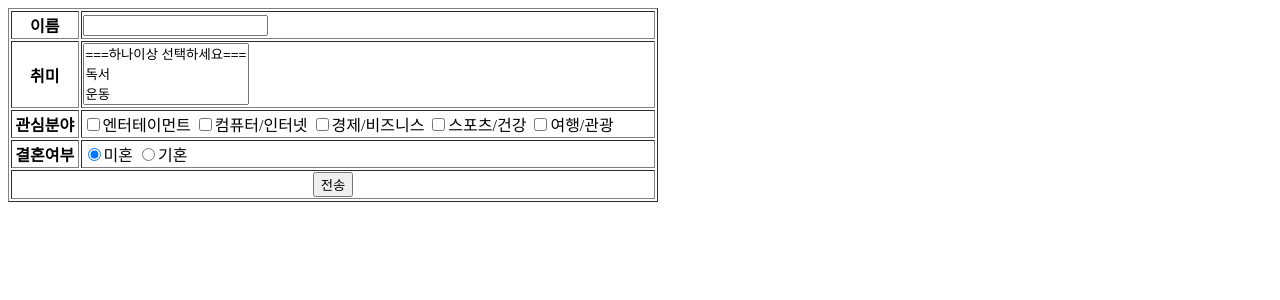
Repository: jeong3/Real_Time_Date
Page: http://localhost/jspRequest/getMethod1.jsp
The author's editor kept a copy of each file at every save. The page is drawn from the files as they stood at one save, then again after the next save.
The browser window is 1280 px wide. The pictures show the whole page.
The page is served by Tomcat 9.

Above is the page before, as saved 2024-08-30 06:23:24.

### eclipse/eclipse-workspace/jspRequest/src/main/webapp/getMethod1.jsp
<%@ page language="java" contentType="text/html; charset=UTF-8"
	pageEncoding="UTF-8"%>
<!DOCTYPE html>
<html>
<head>
<meta charset="UTF-8">
<title>Insert title here</title>
</head>
<body>
	<form action="requestValues.jsp" method="get">
		<table border="1" width="650px">
			<tr>
				<th>이름</th>
				<td><input type="text" name="userName" /></td>
			</tr>
			<tr>
				<th>취미</th>
				<td><select name="item" multiple="multiple" size="3">
						<option>===하나이상 선택하세요===</option>
						<option>독서</option>
						<option>운동</option>
						<option>음악</option>
						<option>바둑</option>

				</select></td>
			</tr>
			<tr>
				<th>관심분야</th>
				<td><input type="checkbox" name="cp" value="엔터테이먼트">엔터테이먼트
					<input type="checkbox" name="cp" value="컴퓨터/인터넷">컴퓨터/인터넷 <input
					type="checkbox" name="cp" value="경제/비즈니스">경제/비즈니스 <input
					type="checkbox" name="cp" value="스포츠/건강">스포츠/건강 <input
					type="checkbox" name="cp" value="여행/관광">여행/관광</td>
			</tr>
			<tr>
				<th>결혼여부</th>
				<td><input type="radio" name="M_Status" value="미혼" checked>미혼
					<input type="radio" name="M_Status" value="기혼">기혼</td>
			</tr>
			<tr>
				<th colspan="2"><input type="submit" value="전송"></th>
			</tr>
		</table>
	</form>
</body>
</html>

After the next save:
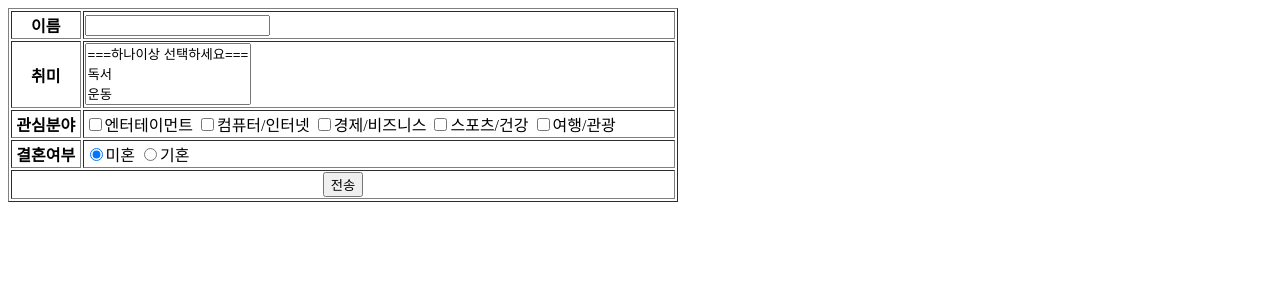
Saved 8 s later.
--- a/eclipse/eclipse-workspace/jspRequest/src/main/webapp/getMethod1.jsp
+++ b/eclipse/eclipse-workspace/jspRequest/src/main/webapp/getMethod1.jsp
@@ -8,7 +8,7 @@
 </head>
 <body>
 	<form action="requestValues.jsp" method="get">
-		<table border="1" width="650px">
+		<table border="1" width="670px">
 			<tr>
 				<th>이름</th>
 				<td><input type="text" name="userName" /></td>
